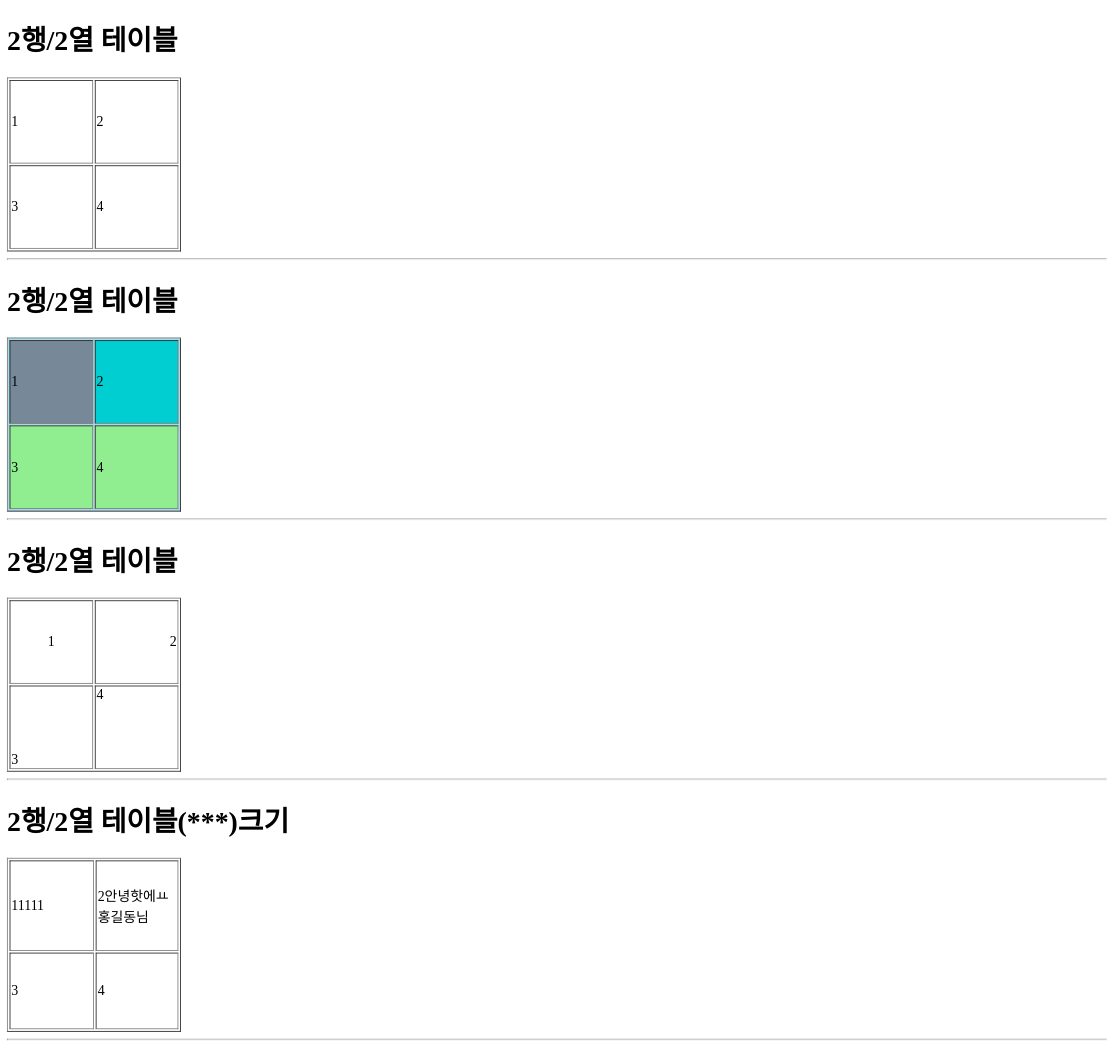
Repository: dnjs0/HCJ
Page: ClientTest/src/main/webapp/ex15_table.html
These files come from the project's save history. The page is drawn as it stood at one moment and after the next save; the edit follows.
The browser window is 1280 px wide. The pictures show the whole page, at 87% of full size.

Above is the page before, as saved 2025-02-11 07:20:28.

After the next save:
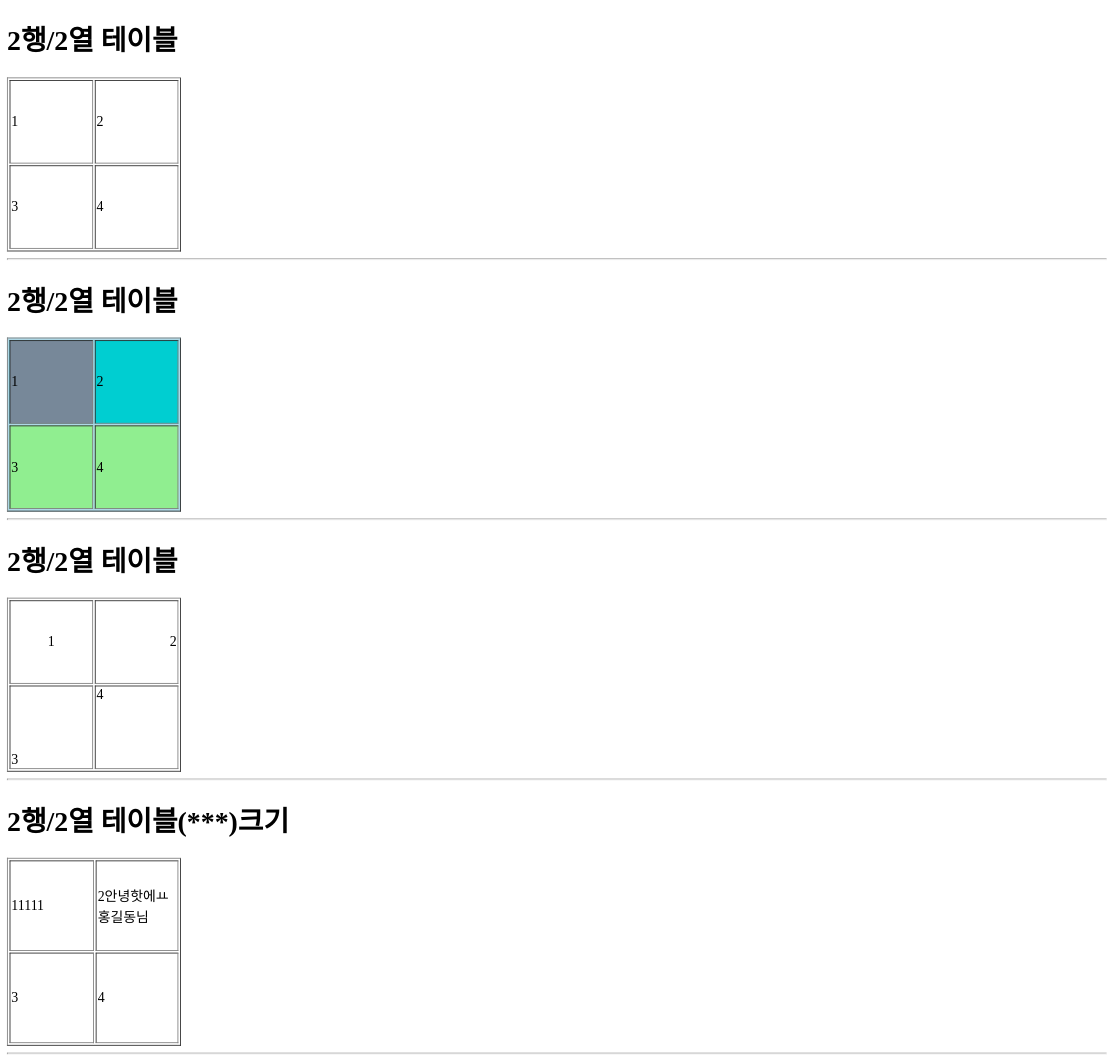
Saved 23 s later.
--- a/ClientTest/src/main/webapp/ex15_table.html
+++ b/ClientTest/src/main/webapp/ex15_table.html
@@ -86,11 +86,11 @@
 
         <tr>
             <td width=100 height=100>11111</td>
-            <td width=100 height=100>2안녕핫에ㅛ홍길동님</td>
+            <td width=100 >2안녕핫에ㅛ홍길동님</td>
         </tr>
 
         <tr>
-            <td>3</td>
+            <td height=100>3</td>
             <td>4</td>
         </tr>
 
